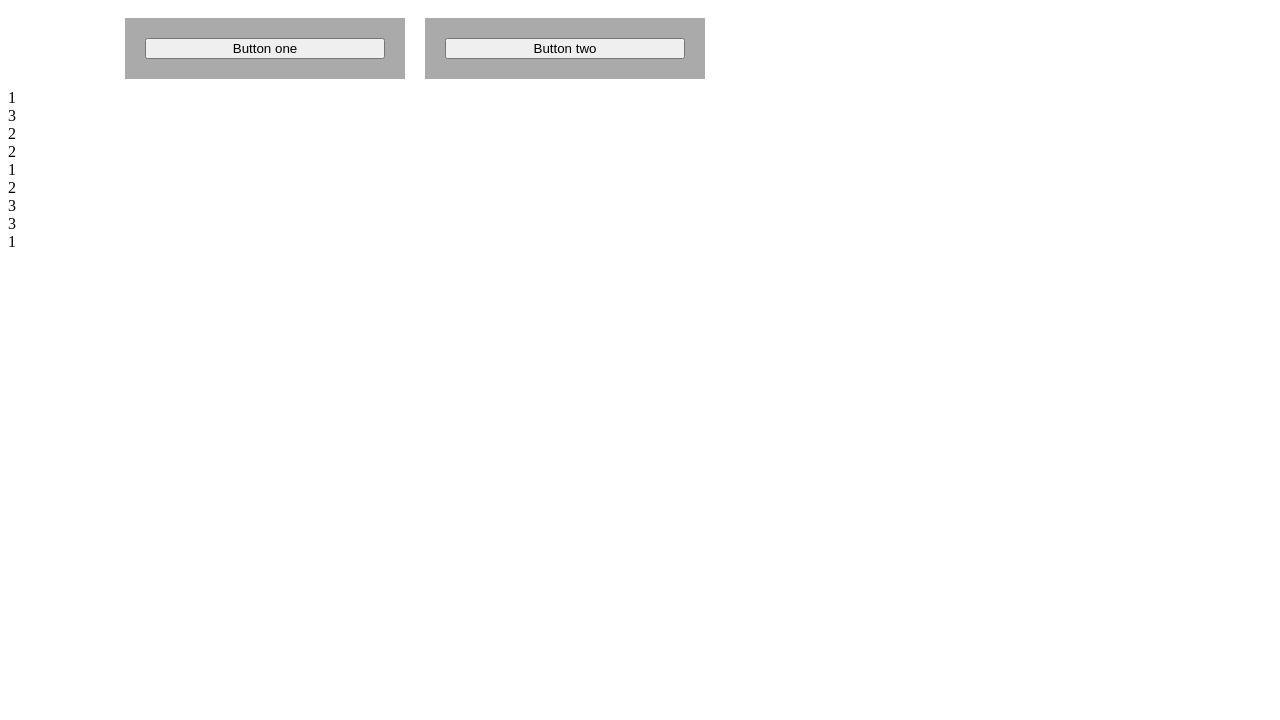
Repository: PeterKellett/the-importance-of-this
Page: index.html
The author's editor kept a record of every edit. The page is drawn from the files as they stood at one moment, then again after the next edit.
The browser window is 1280 px wide. The pictures show the whole page.

Above is the page before.

After the next edit:
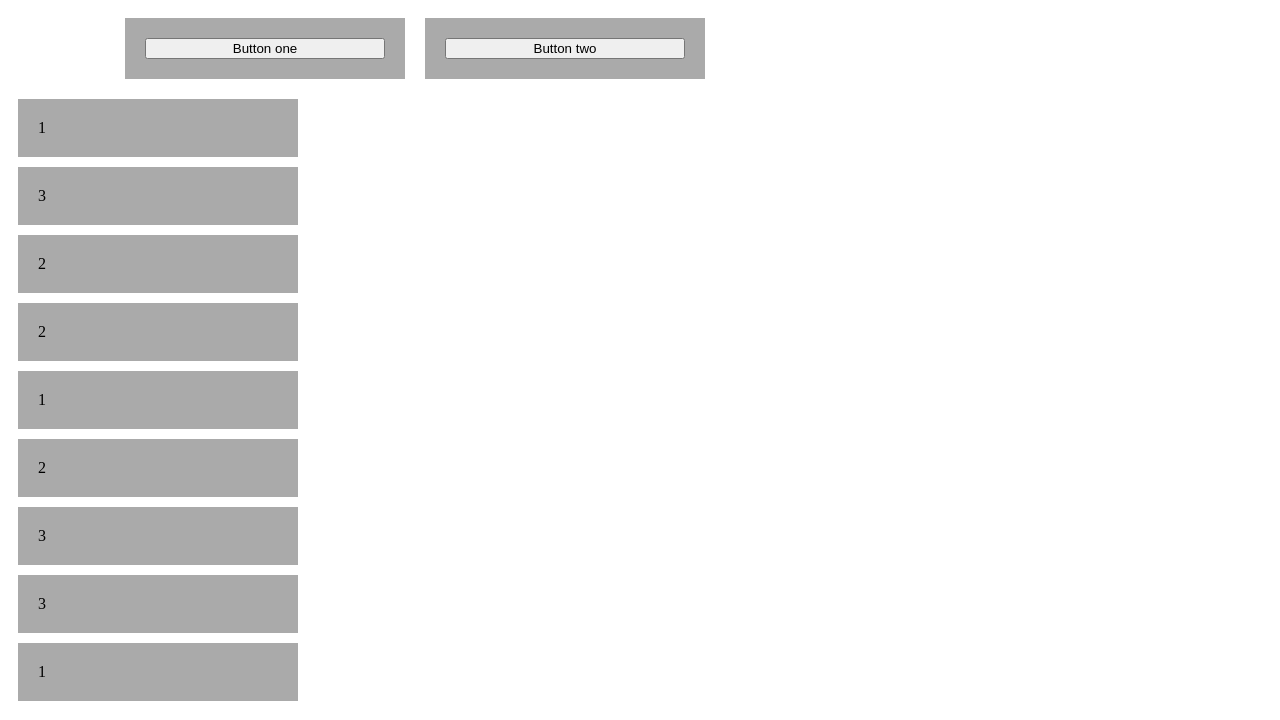
The edit:
--- a/css/style.css
+++ b/css/style.css
@@ -26,5 +26,11 @@
 }
 
 .box {
-
+    flex: 1;
+    display: flex;
+    flex-flow: column;
+    max-width: 240px;
+    margin: 10px;
+    padding: 20px;
+    background-color: #aaa;
 }
